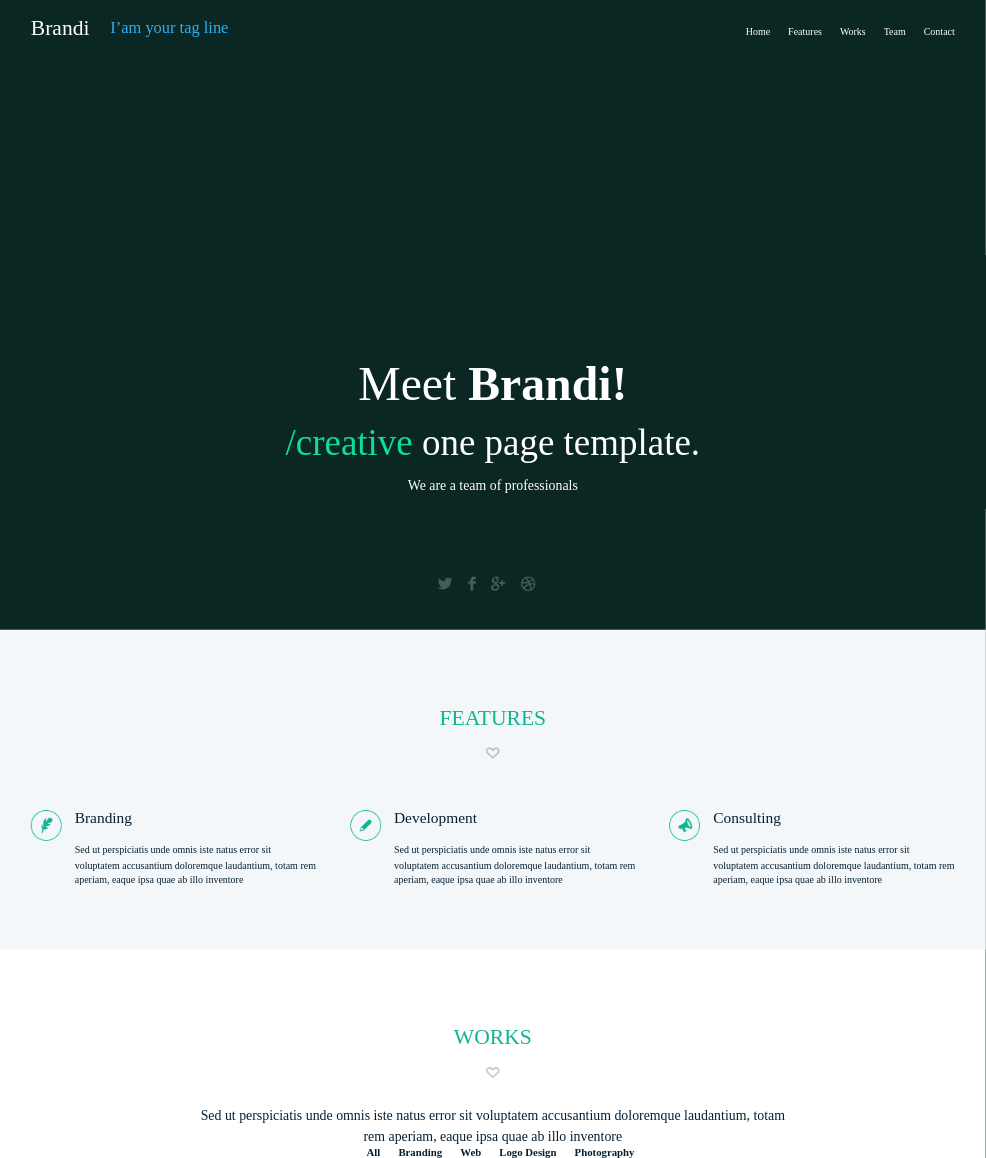
Repository: iravakilova/Brandi
Page: app/index.html
An editor plug-in stored every save of this project. The page is shown before and after the next save, followed by the edit.
The browser window is 1280 px wide. The pictures show the whole page, at 77% of full size.

Above is the page before, as saved 2020-02-15 14:28:58.

### app/index.html
<!DOCTYPE html>
<html lang="en">
<head>
    <meta charset="UTF-8">
    <meta name="viewport" content="width=device-width, initial-scale=1.0">
    <title>BRANDI</title>
    <link rel="stylesheet" href="reset.css">
    <link rel="stylesheet" href="style.css">
</head>
<body>

    <!-- header -->

    <header class="header">
        <div class="container">
            <div class="header__inner">
                <div class="header__logo">
                    <p class="logo">Brandi</p>
                    <p class="logo-text">I’am your tag line</p>
                </div>

                <nav class="header-menu">
                    <a class="header-menu__link active" href="#">Home</a>
                    <a class="header-menu__link" href="#">Features</a>
                    <a class="header-menu__link" href="#">Works</a>
                    <a class="header-menu__link" href="#">Team</a>
                    <a class="header-menu__link" href="#">Contact</a>
                </nav>
            </div>
        </div>

        <div class="intro">
            <div class="container">
                <div class="intro__inner">
                    <h1 class="intro__title">Meet <span style="font-weight: bold;">Brandi! </span> </h1>
                    <h2 class="intro__suptitle"><span style="color:#0fde95;">/creative</span> one page template.</h2>
                    <span class="intro__descr">We are a team of professionals</span>
                </div>
                <div class="social">
                    <a class="social__link" href="#"><img src="./img/twitter.png" alt="twitter"></a>
                    <a class="social__link" href="#"><img src="./img/facebook.png" alt="facebook"></a>
                    <a class="social__link" href="#"><img src="./img/google.png" alt="google"></a>
                    <a class="social__link" href="#"><img src="./img/dribbble.png" alt="dribbble"></a>
                </div>
            </div>
        </div>
    </header>

    <!-- features -->

    <section class="features">
        <div class="container">
            <h3 class="unit-title">Features</h3>
            <img class="heart" src="./img/heart.png" alt="">
            <div class="features__inner">
                <div class="features__var">
                    <div class="features__image">
                        <img src="./img/features-1.png" alt="">
                    </div>
                    <div class="features__item">
                        <h4 class="features__title">Branding</h4>
                        <p class="features__descr">Sed ut perspiciatis unde omnis iste natus error sit voluptatem accusantium doloremque laudantium, totam rem aperiam, eaque ipsa quae ab illo inventore</p>
                    </div>
                </div>
                <div class="features__var">
                    <div class="features__image">
                        <img src="./img/features-2.png" alt="">
                    </div>
                    <div class="features__item">
                        <h4 class="features__title">Development</h4>
                        <p class="features__descr">Sed ut perspiciatis unde omnis iste natus error sit voluptatem accusantium doloremque laudantium, totam rem aperiam, eaque ipsa quae ab illo inventore</p>
                    </div>
                </div>
                <div class="features__var">
                    <div class="features__image">
                        <img src="./img/features-3.png" alt="">
                    </div>
                    <div class="features__item">
                        <h4 class="features__title">Consulting</h4>
                        <p class="features__descr">Sed ut perspiciatis unde omnis iste natus error sit voluptatem accusantium doloremque laudantium, totam rem aperiam, eaque ipsa quae ab illo inventore</p>
                    </div>
                </div>
            </div>
        </div>
    </section>

    <!-- works -->

    <section class="works">
        <h3 class="unit-title">Works</h3>
        <img class="heart" src="./img/heart.png" alt="">
        <p class="unit-article">Sed ut perspiciatis unde omnis iste natus error sit voluptatem accusantium doloremque laudantium, totam<br/> rem aperiam, eaque ipsa quae ab illo inventore</p>
        <nav class="works-menu">
            <a class="works-menu__link" href="#">All</a>
            <a class="works-menu__link" href="#">Branding</a>
            <a class="works-menu__link" href="#">Web</a>
            <a class="works-menu__link" href="#">Logo Design</a>
            <a class="works-menu__link" href="#">Photography</a>
        </nav>
    </section>

</body>
</html>

### app/style.css

.container {
    width: 100%;
    max-width: 1200px;
    margin: 0 auto;
}
.unit-title{
    font-family: "﻿OpenSans-Extrabold", "AdobeInvisFont", "MyriadPro-Regular";
    font-size: 28px;
    color: rgba(14, 180, 147, 255);
    text-transform: uppercase;
    text-align: center;
    padding-top: 100px;
}
.heart{
    display: block;
    margin: 0 auto;
    padding-top: 25px;
}
.unit-article{
    font-family: "OpenSans-Semibold", "AdobeInvisFont", "MyriadPro-Regular";
    font-size: 18px;
    color: rgba(6, 32, 51, 255);
    text-align: center;
    padding-top: 36px;
    line-height: 1.5;
}

/* header */

.header {
    width: 100%;
    font-family: "Pacifico-Regular", "AdobeInvisFont", "MyriadPro-Regular";
    background-color: #0a2724;
}
.header__inner {
    display: flex;
    justify-content: space-between;
    align-items: center;
    padding-bottom: 394px;
}
.header__logo{
    display: flex;
    justify-content: space-between;
    align-items: center;
    margin: 0;
}
.logo {
    color: #fff;

    font-size: 28px;
    margin-right: 27px;
}
.logo-text{
    font-size: 16pt;
    color: rgba(50, 176, 238, 255);
}
.header-menu {
    font-size: 13px;
    padding: 35px 0 25px;

}
.header-menu__link {
    display: inline-block;
    vertical-align: top;
    margin-left: 20px;
    color: #fff;
    text-decoration: none;
}
.intro{
    text-align: center;
}
.intro__inner{
    margin-bottom: 109px;
}
.intro__title{
    font-size: 62px;
    color: #fff;
    padding-bottom: 22px;
}
.intro__suptitle{
    font-size: 48px;
    color: #fff;
    padding-bottom: 22px;
}
.intro__descr{
    font-size: 18px;
    color: #fff;
    margin-bottom: 109px;
}
.social{
    padding-bottom: 50px;
}
.social__link img{
    opacity: 0.25;
    margin-right: 16px;
}
.social img:hover{
    opacity: 1;
}

/* features */

.features{
    width: 100%;
    background-color: #f4f7f9;
}
.features__inner{
    display: flex;
    justify-content: space-between;
    align-items: center;
    padding: 67px 0 80px;
}
.features__var{
    margin-right: 44px;
    display: flex;
}
.features__var:last-child{
    margin-right: 0px;
}
.features__image{
    display: block;
    margin-right: 17px;
}
.features__title{
    font-family: "OpenSans-Semibold", "AdobeInvisFont", "MyriadPro-Regular";
    font-size: 20px;
    color: rgba(6, 32, 51, 255);
    padding-bottom: 22px;
}
.features__descr{
    font-family: "OpenSans", "AdobeInvisFont", "MyriadPro-Regular";
    font-size: 13px;
    color: rgba(6, 32, 51, 255);
    line-height: 1.5;
}

/* works */

.works-menu {
    text-align: center;
    font-family: "OpenSans-Bold", "AdobeInvisFont", "MyriadPro-Regular";
    font-size: 14px;
    font-weight: bold;
}
.works-menu__link {
    display: inline-block;
    vertical-align: top;
    margin-left: 20px;
    color: rgba(6, 32, 51, 255);
    text-decoration: none;
}

Loaded but not shown: app/reset.css (common file)

After the next save:
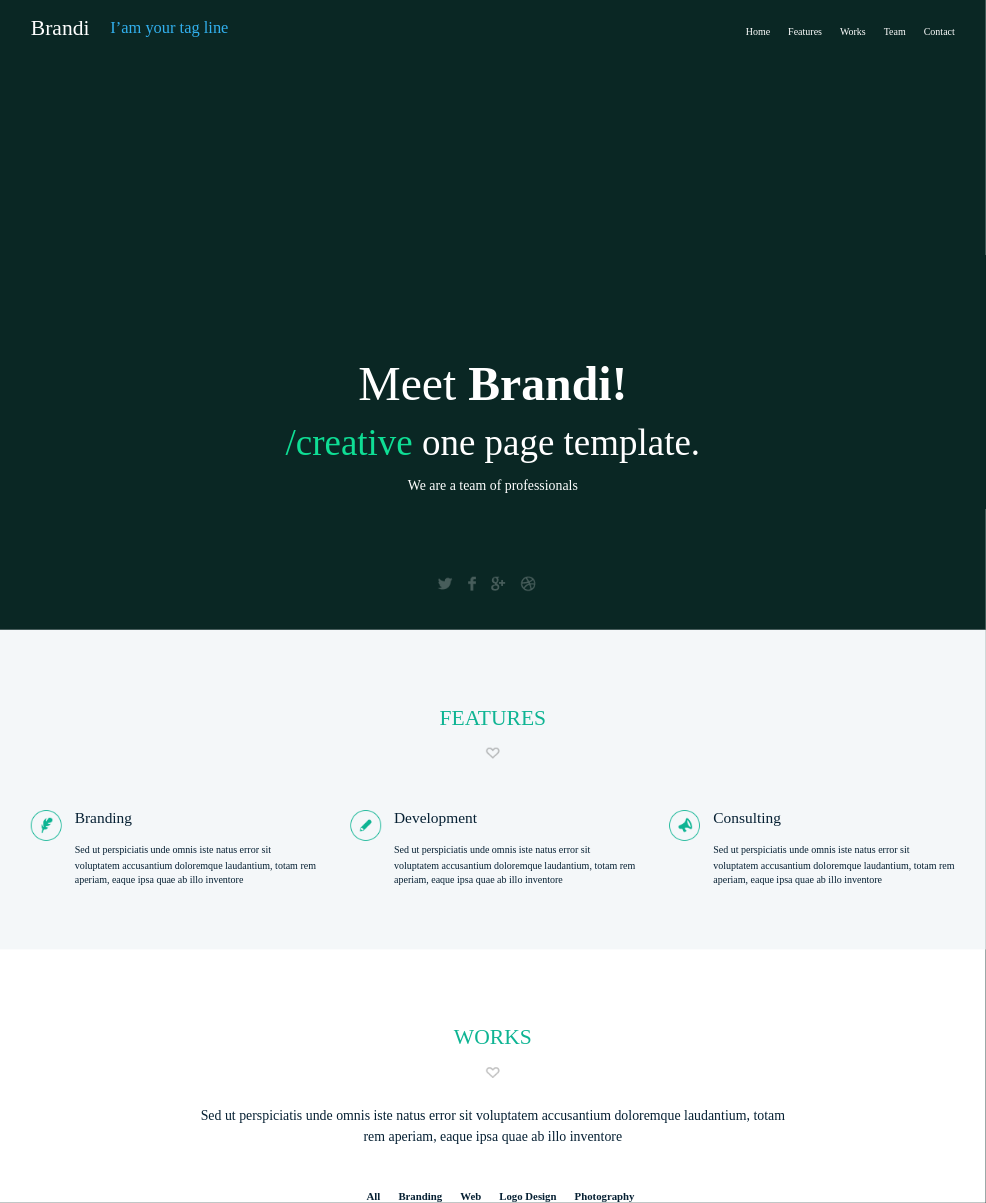
Saved 16 s later.
--- a/app/style.css
+++ b/app/style.css
@@ -138,6 +138,7 @@
 /* works */
 
 .works-menu {
+    padding-top: 58px;
     text-align: center;
     font-family: "OpenSans-Bold", "AdobeInvisFont", "MyriadPro-Regular";
     font-size: 14px;
